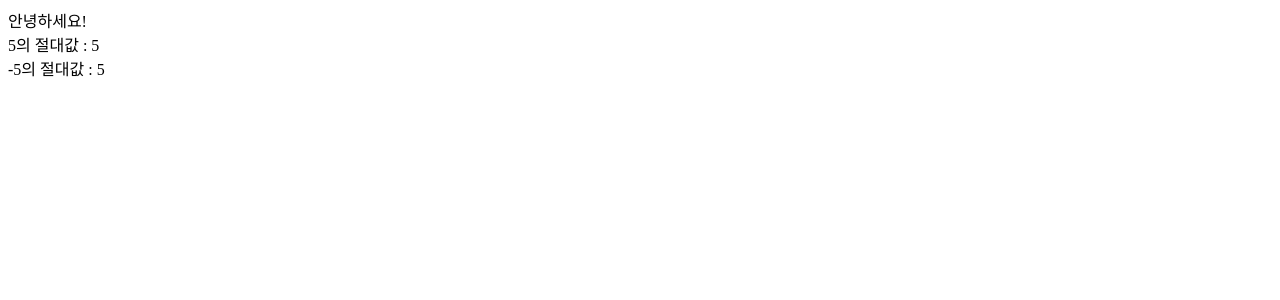
Repository: dkfagh/JSP_WS_2019_1
Page: http://localhost/Hello/scriptlet.jsp
An editor plug-in stored every save of this project. The page is shown before and after the next save, followed by the edit.
The browser window is 1280 px wide. The pictures show the whole page.
The page is served by Tomcat 9. Other server files are loaded and not shown.

Above is the page before, as saved 2019-11-12 02:12:14.

### Hello/WebContent/scriptlet.jsp
<%@ page language="java" contentType="text/html; charset=UTF-8"
    pageEncoding="UTF-8"%>
<%!
	String str = "안녕하세요!";
	int a = 5, b = -5;

	public int abs(int n) {
	if (n<0){
		n = -n;
	}
	return n;
	}
%>
<!DOCTYPE html>
<html>
<head>
<meta charset="UTF-8">
<title>Scriptlet</title>
</head>
<body>
<%
	out.print(str + "<br>");
	out.print(a + "의 절대값 : " + abs(a) + "<br>");
	out.print(b + "의 절대값 : " + abs(b) + "<br>");
%>
</body>
</html>

After the next save:
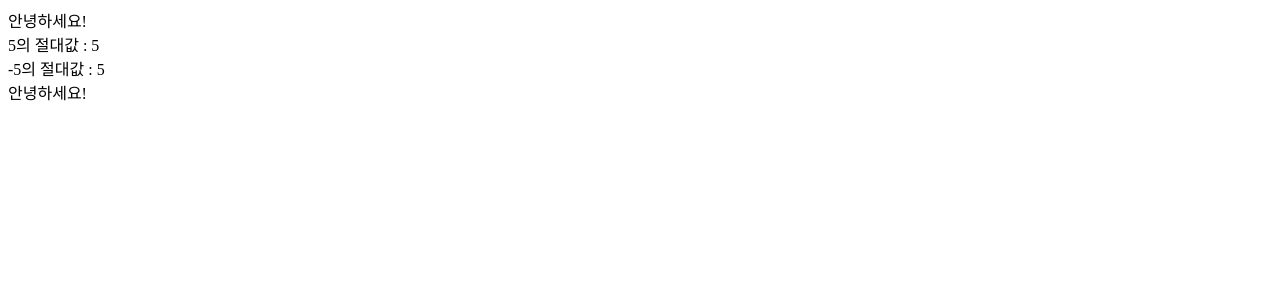
Saved 61 s later.
--- a/Hello/WebContent/scriptlet.jsp
+++ b/Hello/WebContent/scriptlet.jsp
@@ -23,5 +23,7 @@
 	out.print(a + "의 절대값 : " + abs(a) + "<br>");
 	out.print(b + "의 절대값 : " + abs(b) + "<br>");
 %>
+
+<%=str%>
 </body>
 </html>
